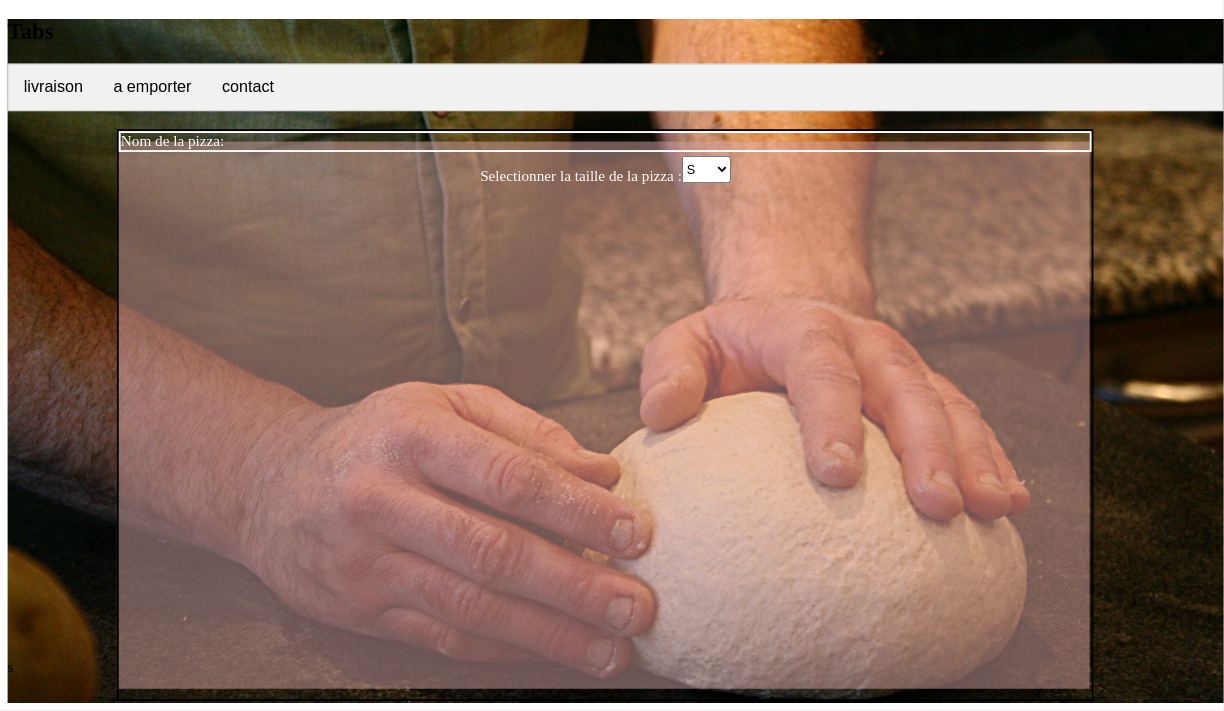
Repository: dev84-unalien/pippo_pizza
Page: admin.html
These files come from the project's save history. The page is drawn as it stood at one moment and after the next save; the edit follows.
The browser window is 1280 px wide. The page is 1288 px wide, so the pictures cover 1288 px, including what lies to the right of the window. The pictures show the whole page, at 95% of full size.

Above is the page before, as saved 2019-09-10 11:39:15.

### admin.html
<!DOCTYPE html>
<html lang="en">

<head>
    <meta charset="UTF-8">
    <meta name="viewport" content="width=device-width, initial-scale=1.0">
    <meta http-equiv="X-UA-Compatible" content="ie=edge">
    <title>pizzaria pippo</title>
    <link rel="stylesheet" href="admin.css">
    <script src="jquery-3.4.1.min.js"></script>
    <script src="admin.js"></script>

</head>

<body>
    <div id=unos>
        <div id=commande>

            <h2>Tabs</h2>


            <div class="tab">
                <button class="tablinks" onclick="openCity(event, 'livraison')">livraison</button>
                <button class="tablinks" onclick="openCity(event, 'emporter')">a emporter</button>
                <button class="tablinks" onclick="openCity(event, 'contact')">contact</button>
            </div>

            <div id="livraison" class="tabcontent">
                <h3>livraison</h3>
            </div>

            <div id="emporter" class="tabcontent">
                <h3>emporter</h3>

            </div>

            <div id="contact" class="tabcontent">
            </div>
            </form>

         <div id="body">
            <div id="Gcadre">
            <div id="categorie1">
                 <div id="Nom">Nom de la pizza:</div>
                  <div id="Taille">
                  <p>Selectionner la taille de la pizza :</p>
                   <select >
                         <option value="S">S</option>
                         <option value="M">M</option>
                         <option value=">L">L</option>
                         <option value="XL">XL</option>
                         <option value="XXL">XXL</option>
                     </select>
                </div>
            </div>
            <div id="Description"></div>
            <div id="Prix"></div>

            <div id="Image"></div>
        </div>
    </div>
</body>

</html>s

### admin.css
#unos {
  height: 100vh;
  width: 100vw;
  background-image: url("images/ajoutpizza.jpg");
  justify-content: cover;
  background-size: 100vw;
}
#body{
    width: 100vw;
    height: 80vh;
    display: flex;
  flex-direction: column;
  justify-content: center;
  align-content: center;
}
#Gcadre {
  display: flex;
  flex-direction: column;
  justify-content: center;
  align-content: center;
  width: 80vw;
  height: 80vh;
  background-color: rgba(216, 166, 166, 0.5);
  margin-left: 9vw;
  margin-top:9vh;
}
#categorie1{
  width: 80vw;

border: 2px black solid;
}
#Nom {
  color: white;
  border:solid 2px;
}

#Taille {
  display: flex;
  justify-content: center;
  align-content: center;
  width: 80vw;
  height: 80vh;
}
select {
  width: 4vw;
  height: 4vh;
  margin-top: 0.5vh;
}
p {
  color: white;
}

#formulaire {
  height: 50%;
  width: 50%;
  background-color: aliceblue;
}

#livraison {
  background-color: aquamarine;
}

#emporter {
  background-color: beige;
}

#contact {
  background-color: powderblue;
}

.tab {
  overflow: hidden;
  border: 1px solid #ccc;
  background-color: #f1f1f1;
}

/* Style the buttons inside the tab */

.tab button {
  background-color: inherit;
  float: left;
  border: none;
  outline: none;
  cursor: pointer;
  padding: 14px 16px;
  transition: 0.3s;
  font-size: 17px;
}

/* Change background color of buttons on hover */

.tab button:hover {
  background-color: red;
}

/* Create an active/current tablink class */

.tab button.active {
  background-color: red;
}

/* Style the tab content */

.tabcontent {
  display: none;
  padding: 6px 12px;
  border: 1px solid red;
  border-top: none;
}

Loaded but not shown: jquery-3.4.1.min.js (library); admin.js (no copy from this time; the picture is the same without it)

After the next save:
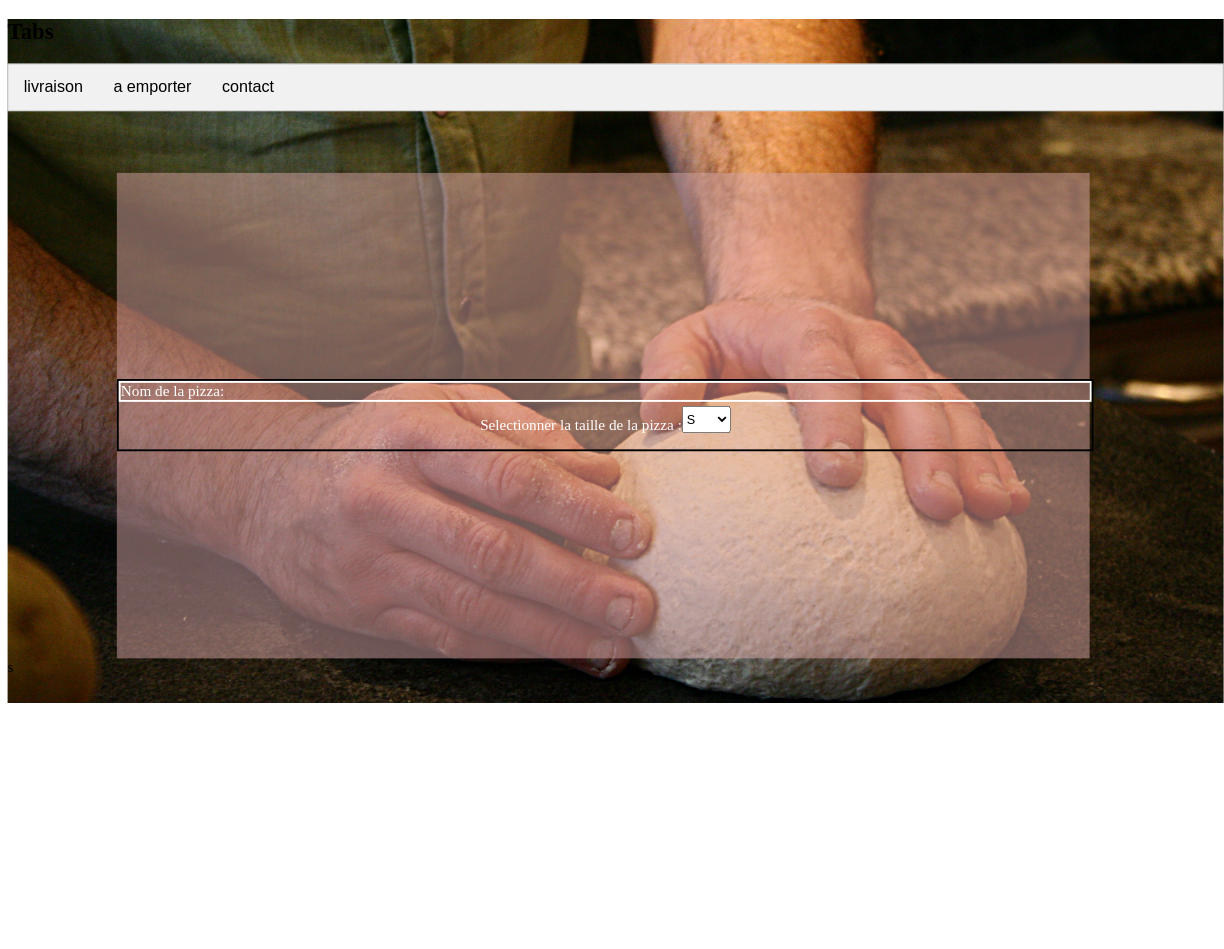
Saved 13 s later.
--- a/admin.css
+++ b/admin.css
@@ -26,6 +26,7 @@
 }
 #categorie1{
   width: 80vw;
+  height:10vh;
 
 border: 2px black solid;
 }
